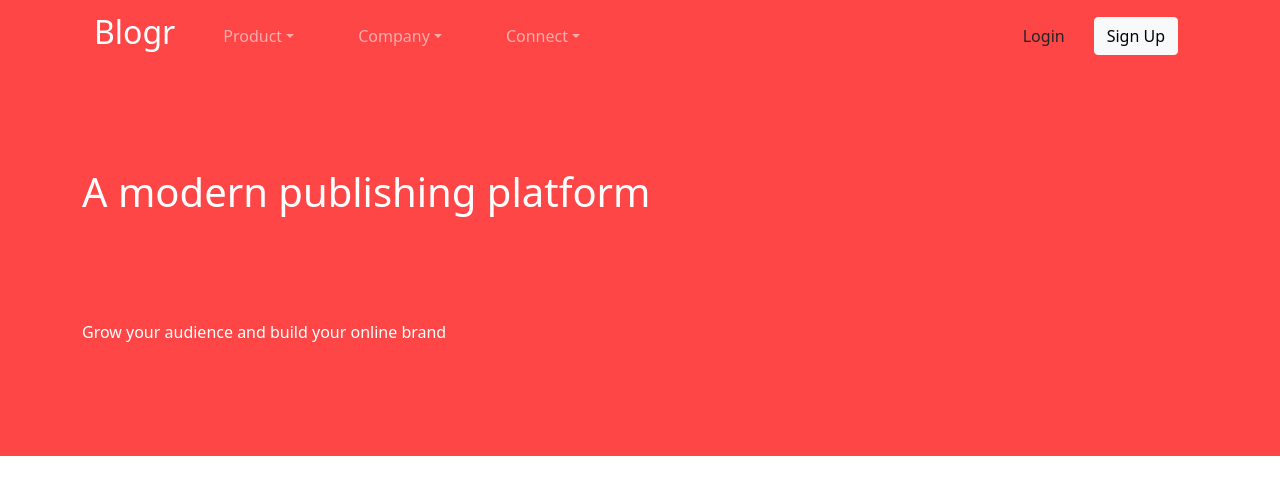
Repository: badhon252/blogr-landing-page
Page: /
These files come from the project's save history. The page is drawn as it stood at one moment and after the next save; the edit follows.
The browser window is 1280 px wide. The pictures show the whole page.
The project was rebuilt for these pictures with package versions that can differ from the ones it lists, and the page was loaded fresh each time.

Above is the page before, as saved 2022-01-17 23:08:35.

After the next save:
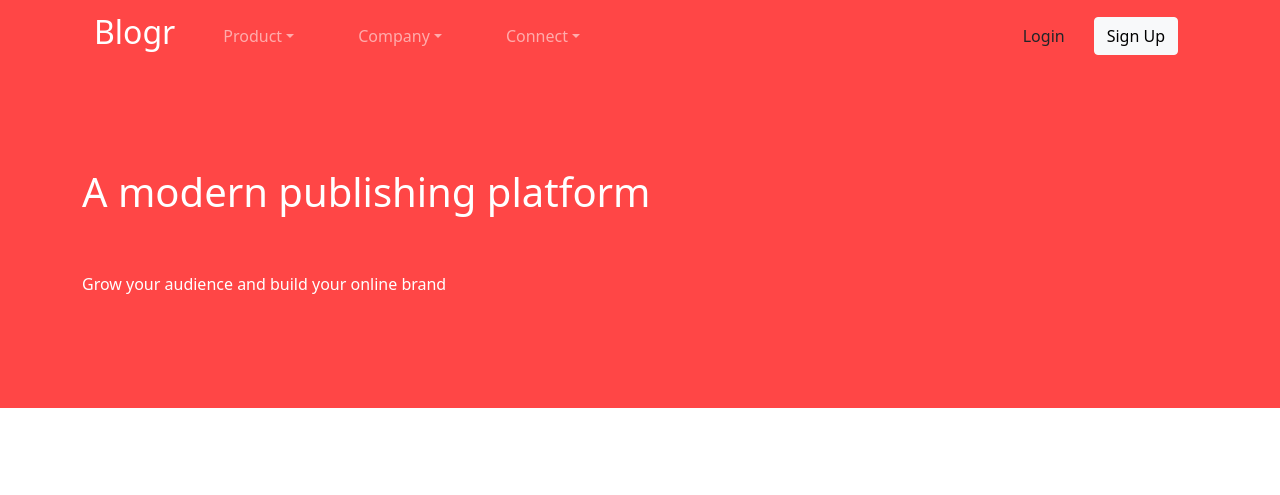
Saved 10 s later.
--- a/src/components/Header/Header.js
+++ b/src/components/Header/Header.js
@@ -9,7 +9,7 @@ export default function Header() {
         <Nav />
         <div className="py-5">
           <h1 className=" py-5">A modern publishing platform</h1>
-          <p className="header-p py-5">
+          <p className="header-p pb-5">
             Grow your audience and build your online brand
           </p>
         </div>
